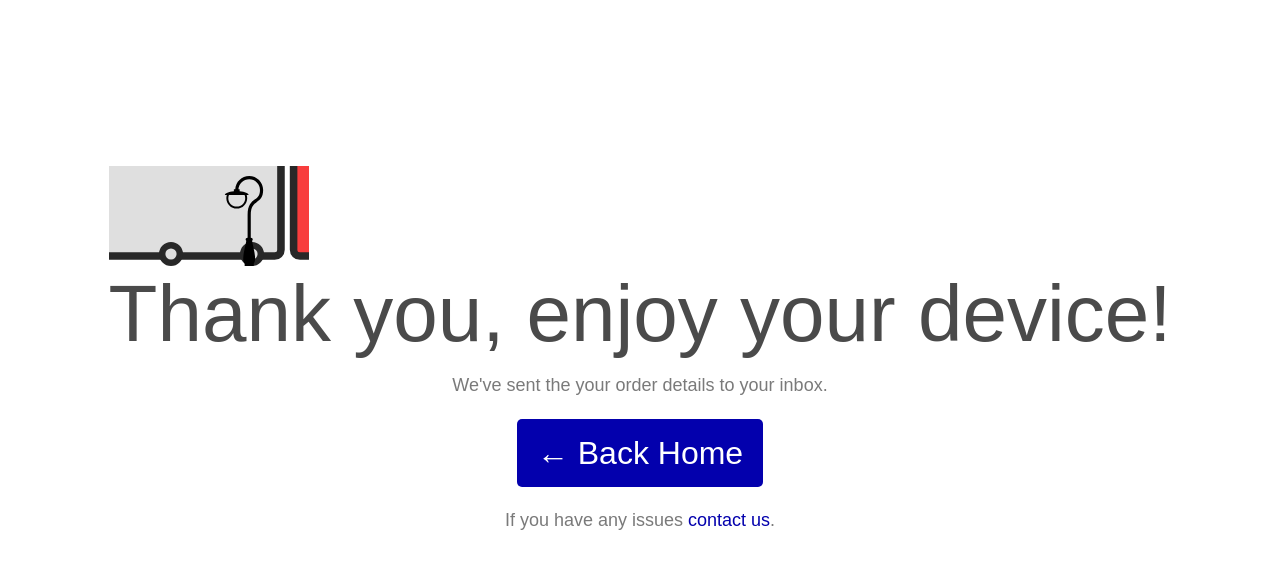
Repository: Davidobi21/macelect
Page: frontend/pages/thank-you.html
An editor plug-in stored every save of this project. The page is shown before and after the next save, followed by the edit.
The browser window is 1280 px wide. The pictures show the whole page.

Above is the page before, as saved 2025-05-06 10:33:57.

After the next save:
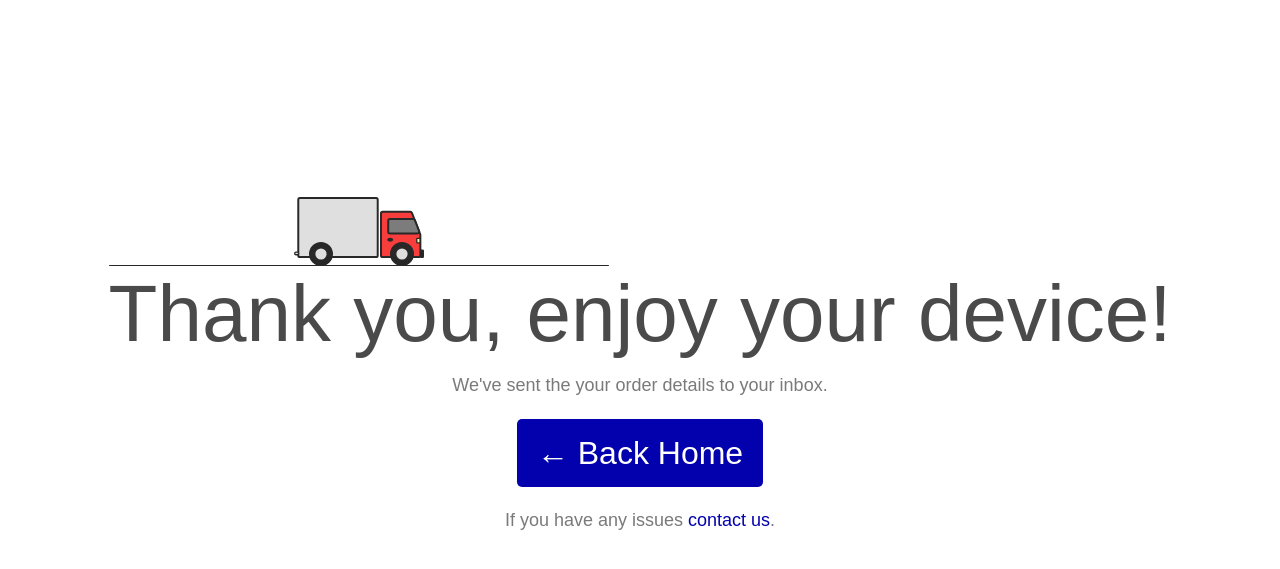
Saved 13 s later.
--- a/frontend/pages/thank-you.html
+++ b/frontend/pages/thank-you.html
@@ -25,7 +25,7 @@
 }
 
 .truckWrapper {
-  width: 200px;
+  width: 500px;
   height: 100px;
   display: flex;
   flex-direction: column;
@@ -36,7 +36,7 @@
 }
 /* truck upper body */
 .truckBody {
-  width: 500px;
+  width: 130px;
   height: fit-content;
   margin-bottom: 6px;
   animation: motion 1s linear infinite;
